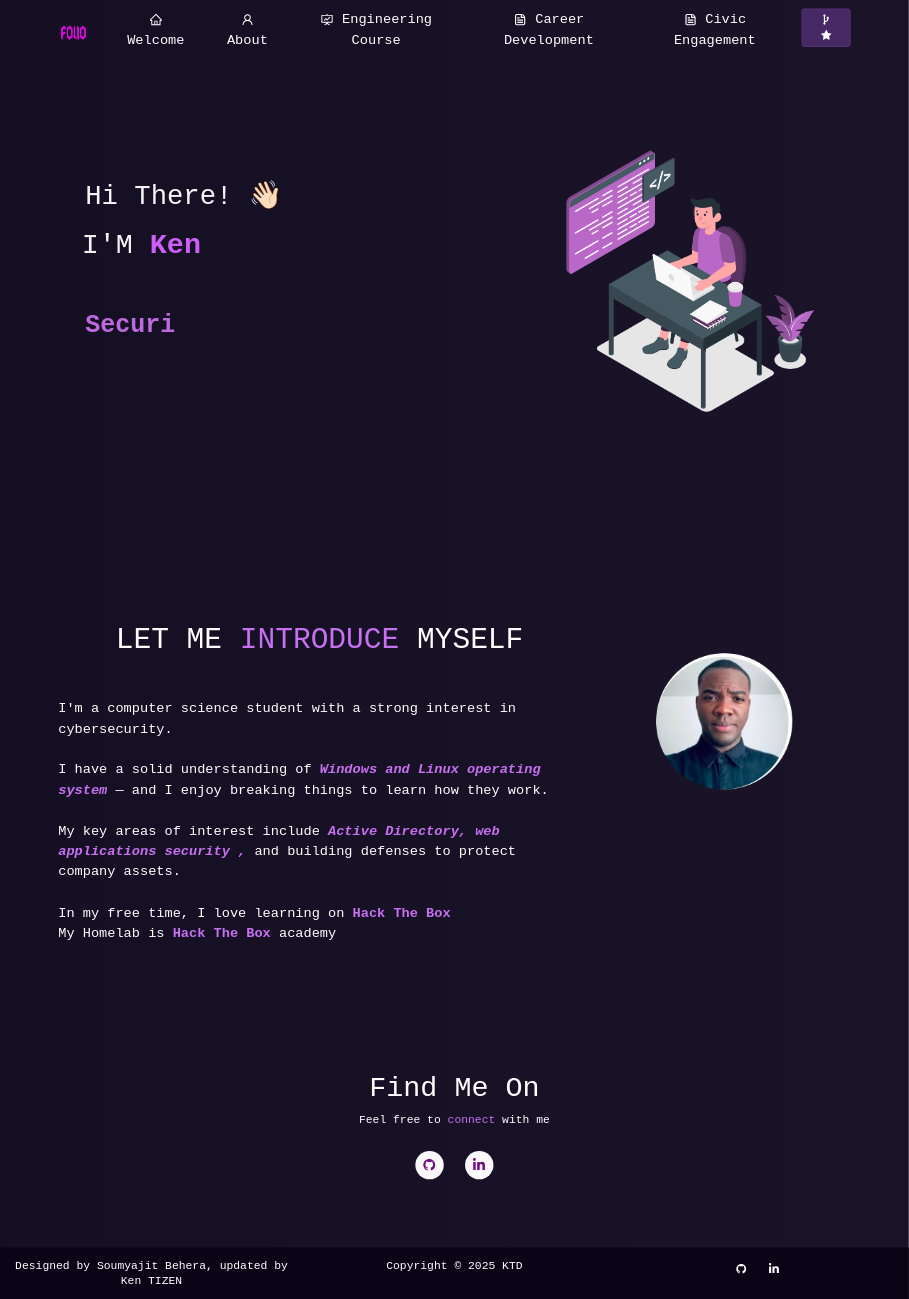
Repository: KenTizen17/ktdportfolio
Page: /
These files come from the project's save history. The page is drawn as it stood at one moment and after the next save; the edit follows.
The browser window is 1280 px wide. The pictures show the whole page, at 71% of full size.
Some web fonts or font styles are not loaded; a fallback is used. The project was rebuilt for these pictures with package versions that can differ from the ones it lists, and the page was loaded fresh each time. Also part of the build but not shown: src/components/About/Github.js, src/components/About/Techstack.js, src/components/About/AboutCard.js, src/components/About/Toolstack.js, src/components/About/About.js, src/components/Projects/ProjectCards.js, src/components/Projects/Projects.js, src/components/Resume/ResumeNew.js and 3 more. Imported but missing from the stored project, and not drawn on this page: src/Assets/CVKEN.pdf, src/Assets/CVKENFrench1.pdf, src/Assets/Ken_TIZEN-CEP.pdf.

Above is the page before, as saved 2025-11-30 18:14:24.

### public/index.html
<!DOCTYPE html>
<html lang="en">
  <head>
    <meta charset="utf-8" />
    <link rel="icon" href="%PUBLIC_URL%/favicon.png" />
    <meta name="viewport" content="width=device-width, initial-scale=1" />
    <meta name="theme-color" content="#000000" />
    <meta
      name="description"
      content="Web site created using create-react-app"
    />
    <link rel="manifest" href="%PUBLIC_URL%/manifest.json" />
    <title>Ken | Portfolio</title>
    <meta name="description" content="Forked website build with React.js" />

    <!-- Google / Search Engine Tags -->
    <meta itemprop="name" content="Ken | Portfolio" />
    <meta itemprop="description" content="Forked website build with React.js" />
    <meta
      itemprop="image"
      content="https://raw.githubusercontent.com/soumyajit4419/Portfolio/master/Images/readme-img.png?token=AK7VCIF5RYEUZZAURELPTAC76U6AK"
    />
  </head>

  <body>
    <noscript>You need to enable JavaScript to run this app.</noscript>
    <div id="root"></div>
  </body>
</html>

### src/App.js
import React, { useState, useEffect } from "react";
import Preloader from "../src/components/Pre";
import Navbar from "./components/Navbar";
import Home from "./components/Home/Home";
import About from "./components/About/About";
import Projects from "./components/Projects/Projects";
import Footer from "./components/Footer";
import Resume from "./components/Resume/ResumeNew";
import Civic from "./components/Civic/Civic";
import {
  BrowserRouter as Router,
  Route,
  Routes,
  Navigate
} from "react-router-dom";
import ScrollToTop from "./components/ScrollToTop";
import "./style.css";
import "./App.css";
import "bootstrap/dist/css/bootstrap.min.css";

function App() {
  const [load, upadateLoad] = useState(true);

  useEffect(() => {
    const timer = setTimeout(() => {
      upadateLoad(false);
    }, 1200);

    return () => clearTimeout(timer);
  }, []);

  return (
    <Router>
      <Preloader load={load} />
      <div className="App" id={load ? "no-scroll" : "scroll"}>
        <Navbar />
        <ScrollToTop />
        <Routes>
          <Route path="/" element={<Home />} />
          <Route path="/project" element={<Projects />} />
          <Route path="/about" element={<About />} />
          <Route path="/resume" element={<Resume />} />
          <Route path="/civic" element={<Civic />} />
          <Route path="*" element={<Navigate to="/"/>} />
        </Routes>
        <Footer />
      </div>
    </Router>
  );
}

export default App;

### src/components/Footer.js
import React from "react";
import { Container, Row, Col } from "react-bootstrap";
import {
  AiFillGithub,
} from "react-icons/ai";
import { FaLinkedinIn } from "react-icons/fa";

function Footer() {
  let date = new Date();
  let year = date.getFullYear();
  return (
    <Container fluid className="footer">
      <Row>
        <Col md="4" className="footer-copywright">
          <h3>Designed by Soumyajit Behera, updated by Ken TIZEN</h3>
        </Col>
        <Col md="4" className="footer-copywright">
          <h3>Copyright © {year} KTD</h3>
        </Col>
        <Col md="4" className="footer-body">
          <ul className="footer-icons">
            <li className="social-icons">
              <a
                href="https://github.com/KenTizen17"
                style={{ color: "white" }}
                target="_blank"
                rel="noopener noreferrer"
              >
                <AiFillGithub />
              </a>
            </li>
            <li className="social-icons">
              <a
                href="www.linkedin.com/in/ken-tizen-djongue"
                style={{ color: "white" }}
                target="_blank"
                rel="noopener noreferrer"
              >
                <FaLinkedinIn />
              </a>
            </li>
          </ul>
        </Col>
      </Row>
    </Container>
  );
}

export default Footer;

### src/style.css
html {
  --section-background-color: linear-gradient(
    to bottom left,
    rgba(17, 16, 16, 0.582),
    rgba(12, 8, 24, 0.904)
  );

  --image-gradient: linear-gradient(
    to bottom left,
    rgba(17, 16, 16, 0.678),
    rgba(12, 10, 22, 0.863)
  );

  --imp-text-color: #c770f0;
}

.purple {
  color: var(--imp-text-color) !important;
}

button:focus {
  box-shadow: none !important;
}

/* --------- */
/*  Preloader */
/* --------- */
#preloader {
  position: fixed;
  top: 0;
  left: 0;
  width: 100%;
  height: 100%;
  z-index: 999999;
  background-color: #0c0513;
  background-image: url(./Assets/pre.svg);
  background-repeat: no-repeat;
  background-position: center;
}

#preloader-none {
  opacity: 0;
}

/* #preloader-none {
  opacity: 0;
  display: none;
} */

#no-scroll {
  overflow: hidden;
  height: 100vh;
}

/* --------- */
/*Scrollbar   */
/* --------- */

::-webkit-scrollbar {
  width: 7px;
}

/* Track */
::-webkit-scrollbar-track {
  background: #2d1950;
}

/* Handle */
::-webkit-scrollbar-thumb {
  background: rgba(178, 121, 216, 0.959);
  border-radius: 12px;
}

/* Handle on hover */
::-webkit-scrollbar-thumb:hover {
  background: rgba(222, 130, 235, 0.911);
  border-radius: 12px;
}

/* --------- */
/* Navbar Section  */
/* --------- */
.sticky {
  background-color: #1b1a2ea9 !important;
  transition: all 0.3s ease-out 0s !important;
  box-shadow: 0px 10px 10px 0px rgba(9, 5, 29, 0.171) !important;
  backdrop-filter: blur(15px) !important;
}

.navbar {
  position: fixed !important;
  transition: all 0.3s ease-out 0s !important;
  padding: 0.1rem 2rem !important;
  font-size: 1.2rem !important;
}

.navbar-toggler {
  position: relative !important;
  background-color: transparent !important;
  border-color: transparent !important;
}

.navbar-toggler span {
  display: block !important;
  background-color: #be50f4 !important;
  height: 4px !important;
  width: 27px !important;
  margin-top: 5px !important;
  margin-bottom: 5px !important;
  transform: rotate(0deg) !important;
  left: 0 !important;
  opacity: 1 !important;
}

.navbar-toggler:focus,
.navbar-toggler:active {
  outline: 0 !important;
}

.navbar-toggler span:nth-child(1),
.navbar-toggler span:nth-child(3) {
  transition: transform 0.35s ease-in-out !important;
  transition: transform 0.35s ease-in-out !important;
}

.navbar-toggler:not(.collapsed) span:nth-child(1) {
  position: absolute !important;
  left: 12px !important;
  top: 10px !important;
  transform: rotate(135deg) !important;
  opacity: 0.9 !important;
}

.navbar-toggler:not(.collapsed) span:nth-child(2) {
  height: 12px !important;
  visibility: hidden !important;
  background-color: transparent !important;
}

.navbar-toggler:not(.collapsed) span:nth-child(3) {
  position: absolute !important;
  left: 12px !important;
  top: 10px !important;
  transform: rotate(-135deg) !important;
  opacity: 0.9 !important;
}

@media (max-width: 767px) {
  .navbar {
    padding: 1rem 2rem !important;
    font-size: 1.4rem !important;
    background-color: #181a27 !important;
  }
  .navbar-nav .nav-item a::after {
    display: none !important;
  }
}
.navbar-brand {
  color: rgb(250, 250, 250) !important;
}

.logo {
  height: 1.4em !important;
  width: 2.5em !important;
}

.navbar-nav .nav-link {
  color: white !important;
  padding-right: 1rem !important;
  padding-left: 1rem !important;
}

.nav-link {
  padding: 0.8rem 1rem !important;
}

@media (max-width: 767px) {
  .nav-link {
    padding: 0.7rem 1rem !important;
  }
}

.navbar-nav .nav-item {
  position: relative;
  margin-left: 20px;
}

.navbar-nav .nav-item a {
  font-weight: 400;
  transition: all 0.3s ease-out 0s;
  position: relative;
  z-index: 1;
}

.navbar-nav .nav-item a::after {
  content: "";
  position: relative;
  display: block;
  height: 5px;
  width: 0;
  border-radius: 16px;
  background: #c95bf5;
  bottom: 1px;
  left: 0;
  z-index: -1;
  transition: all 0.3s ease-out 0s;
}

.navbar-nav .nav-item a:hover::after {
  width: 100%;
}

/* --------- */
/* Home section */
/* --------- */
.wave {
  animation-name: wave-animation; /* Refers to the name of your @keyframes element below */
  animation-duration: 2.1s; /* Change to speed up or slow down */
  animation-iteration-count: infinite; /* Never stop waving :) */
  transform-origin: 70% 70%; /* Pivot around the bottom-left palm */
  display: inline-block;
}

@keyframes wave-animation {
  0% {
    transform: rotate(0deg);
  }
  10% {
    transform: rotate(14deg);
  } /* The following five values can be played with to make the waving more or less extreme */
  20% {
    transform: rotate(-8deg);
  }
  30% {
    transform: rotate(14deg);
  }
  40% {
    transform: rotate(-4deg);
  }
  50% {
    transform: rotate(10deg);
  }
  60% {
    transform: rotate(0deg);
  } /* Reset for the last half to pause */
  100% {
    transform: rotate(0deg);
  }
}
#tsparticles {
  position: fixed !important;
  background-repeat: no-repeat !important;
  background-size: cover !important;
  width: 100%;
  height: 100%;
}

.home-header {
  padding-top: 80px !important;
}

.home-section {
  position: relative;
  z-index: -1;
  /* background-image: var(--image-gradient), url(./Assets/home-bg.jpg); */
  background-position: top center;
  background-repeat: no-repeat;
  padding-bottom: 30px !important;
  padding-top: 30px !important;
}

.home-content {
  padding: 9rem 0 2rem !important;
  color: whitesmoke;
  text-align: left;
}

.heading {
  font-size: 2.4em !important;
  padding-left: 50px !important;
}

.heading-name {
  font-size: 2.5em !important;
  padding-left: 45px !important;
}

.main-name {
  color: #cd5ff8;
}

.Typewriter__wrapper {
  font-size: 2.2em !important;
  color: #be6adf !important;
  font-weight: 600 !important;
}
.Typewriter__cursor {
  font-size: 2.4em !important;
  color: #b562d6 !important;
}

@media (max-width: 767px) {
  .Typewriter__wrapper {
    font-size: 1.4em !important;
    font-weight: 500 !important;
    position: absolute !important;
  }
  .Typewriter__cursor {
    display: none !important;
  }
}

.myAvtar {
  justify-content: center !important;
  padding-top: 9em !important;
}

@media (max-width: 767px) {
  .myAvtar {
    padding-top: 2em !important;
    padding-bottom: 2em !important;
  }
}

.home-about-section {
  position: relative;
  padding-bottom: 70px !important;
  padding-top: 70px !important;
}

.home-about-description {
  color: white !important;
  padding-top: 100px !important;
  padding-bottom: 20px !important;
  text-align: center;
}

.home-about-body {
  padding-top: 50px;
  font-size: 1.2em !important;
  text-align: left;
}

.home-about-social {
  text-align: center !important;
  padding-top: 25px;
  color: white !important;
}

.home-about-social-links {
  justify-content: center !important;
  padding-top: 15px !important;
  display: inline-block !important;
  position: relative !important;
  padding-inline-start: 0 !important;
}

.home-social-icons {
  position: relative !important;
  display: inline-block !important;
  width: 40px !important;
  height: 40px !important;
  text-align: center !important;
  font-size: 1.2em !important;
  line-height: 2em !important;
  background: rgba(255, 255, 255, 0.972) !important;
  border-radius: 50% !important;
  transition: 0.5s !important;
}

.home-social-icons::before {
  content: "";
  position: absolute;
  top: 0;
  left: 0;
  width: 100%;
  height: 100%;
  border-radius: 50%;
  background: #68187a;
  transition: 0.5s;
  transform: scale(0.9);
  z-index: -1;
}

.home-social-icons:hover::before {
  transform: scale(1.1);
  box-shadow: 0 0 15px #801f95;
}

.home-social-icons:hover {
  color: #87209e;
  box-shadow: 0 0 5px #87209e;
  text-shadow: 0 0 2px #87209e;
}

.social-icons {
  display: inline-block !important;
  padding-right: 15px;
  padding-left: 15px;
}

.icon-colour {
  color: #700c86 !important;
}

/* --------- */
/* Footer */
/* --------- */
.footer {
  background-color: rgb(10, 4, 22);
  bottom: 0 !important;
  padding-top: 10px !important;
  padding-bottom: 8px !important ;
}
.footer-copywright {
  text-align: center !important;
}

.footer-body {
  z-index: 1;
  text-align: center !important;
}

@media (max-width: 767px) {
  .footer-copywright {
    text-align: center !important;
  }

  .footer-body {
    text-align: center !important;
  }
}

.footer h3 {
  font-size: 1em;
  color: white !important;
  margin-top: 0.5em !important;
  margin-bottom: 0.5em !important;
}
.footer-icons {
  margin-top: 0.5em !important;
  margin-bottom: 0.5em !important;
  padding: 0 !important;
}

.blockquote-footer {
  color: #a588c0 !important;
}
/* --------- */
/* Projects */
/* --------- */
.project-section {
  position: relative !important;
  padding-top: 150px !important;
  padding-bottom: 30px !important;
  background-image: var(--section-background-color) !important;
}

.project-card {
  padding-top: 50px !important;
  padding-bottom: 50px !important;
  padding-left: 25px !important;
  padding-right: 25px !important;
  height: auto !important;
}

.project-card-view {
  box-shadow: 0 4px 5px 3px rgba(119, 53, 136, 0.459) !important;
  color: white !important;
  background-color: transparent !important;
  opacity: 0.9 !important;
  transition: all 0.5s ease 0s !important;
  height: 100% !important;
}
.project-card-view:hover {
  transform: scale(1.02) !important;
  overflow: hidden !important;
  box-shadow: 0 4px 4px 5px rgba(129, 72, 144, 0.561) !important;
}

.blog-card {
  padding-top: 50px !important;
  padding-bottom: 50px !important;
  padding-left: 25px !important;
  padding-right: 25px !important;
  height: auto !important;
}

.blog-card-view {
  background-color: transparent !important;
  box-shadow: 0 3px 3px 2px rgba(145, 77, 161, 0.459) !important;
  color: white !important;
  transition: all 0.5s ease 0s !important;
  height: 100% !important;
}

.blog-link {
  color: white !important;
  text-decoration: none !important;
}

.blog-link:hover {
  cursor: pointer !important;
}

.blog-card-view:hover {
  transform: scale(1.02) !important;
  overflow: hidden !important;
  box-shadow: 0 3px 3px 5px rgba(155, 88, 173, 0.65) !important;
}

.card-img-top {
  padding: 20px !important;
  opacity: 0.8 !important;
  border-radius: 10px !important;
}

.blog-img {
  padding: 0px !important;
  opacity: 0.8 !important;
  border-radius: 0px !important;
}

.btn-primary {
  color: #fff !important;
  background-color: #623686 !important;
  border-color: #623686 !important;
}

.btn-primary:hover {
  color: #fff !important;
  background-color: #6d20c5d7 !important;
  border-color: #6d20c5d7 !important;
}
.btn:focus {
  outline: none !important;
  box-shadow: none !important;
}
.project-heading {
  color: white !important;
  font-size: 2.3em !important;
  font-weight: 500 !important;
  padding-top: 10px !important;
}

/* --------- */
/* About */
/* --------- */

.about-section {
  position: relative !important;
  padding-top: 150px !important;
  padding-bottom: 30px !important;
  /* background-image: var(--section-background-color) !important; */
  color: white !important;
}

.tech-icons {
  display: flex !important;
  align-self: center !important;
  justify-content: center !important;
  font-size: 1rem !important;
  margin: 15px !important;
  padding: 10px 20px !important;
  opacity: 0.93 !important;
  outline: 1.7px solid rgba(200, 137, 230, 0.637) !important;
  vertical-align: middle !important;
  text-align: center !important;
  border-radius: 24px !important;
  box-shadow: 4px 5px 4px 3px rgba(89, 4, 168, 0.137) !important;
  overflow: hidden !important;
  transition: all 0.4s ease 0s !important;
  width: fit-content !important;
  cursor: pointer !important;
  transition: outline-color 0.3s, outline-width 0.3s, transform 0.3s;
  color: white;
}

.tech-icons-text {
  display: flex;
  align-items: center;
  margin-left: 10px;
  color: white;
}

@media (max-width: 767px) {
  .tech-icons {
    margin: 10px !important;
  }
}

.tech-icons:hover {
  transform: scale(1.05) !important;
  overflow: hidden !important;
  outline: 2.2px solid rgba(197, 115, 230, 0.883) !important;
}
.tech-icon-images {
  height: 1.6rem;
  line-height: 1.6 !important;
}

.quote-card-view {
  border: none !important;
  color: white !important;
  background-color: transparent !important;
}

.about-activity {
  list-style: none !important;
  text-align: left !important;
  padding-left: 1px !important;
}

@media (max-width: 767px) {
  .about-img {
    padding-top: 0 !important;
  }
}
/* --------- */
/* Resume */
/* --------- */

.resume-section {
  position: relative !important;
  padding-top: 110px !important;
  padding-bottom: 30px !important;
  background-image: var(--section-background-color) !important;
  color: white !important;
}

.resume {
  padding-top: 50px;
  padding-bottom: 50px;
  justify-content: center;
}

.resume-left {
  padding-right: 80px !important;
}

.resume-right {
  padding-left: 80px !important;
}

@media (max-width: 767px) {
  .resume-left {
    padding-right: 15px !important;
    padding-left: 15px !important;
  }

  .resume-right {
    padding-right: 15px !important;
    padding-left: 15px !important;
  }
}
.resume .resume-title {
  font-size: 2em;
  font-weight: 700;
  padding-top: 30px;
  padding-bottom: 30px;
}

.resume .resume-item {
  padding: 0 0 10px 25px;
  margin-top: -2px;
  border-left: 2px solid #8a49a8;
  position: relative;
}

.resume .resume-item .resume-title {
  line-height: 18px;
  font-size: 0.9em;
  background: #5234795d;
  padding: 8px 15px;
  display: inline-block;
  font-weight: 600;
  margin-bottom: 10px;
}

.resume .resume-item ul {
  padding-left: 20px;
  text-align: justify;
}

.resume .resume-item ul li {
  padding-bottom: 10px;
  list-style: none;
}

.resume .resume-item:last-child {
  padding-bottom: 0;
}

.resume .resume-item::before {
  content: "";
  position: absolute;
  width: 16px;
  height: 16px;
  border-radius: 50px;
  left: -9px;
  top: 0;
  background: #fff;
  border: 2px solid #8a49a8;
}

.like-item {
  padding-top: 10px !important;
  font-size: 1.1em !important;
  font-family: sans-serif !important;
}

.like-btn {
  background-color: #934cce5e !important;
  border-color: #934cce5e !important;
  padding: 0.25rem 0.98rem !important;
  border-radius: 5px !important;
  line-height: 1.4 !important;
  transition: 0.3s ease !important;
}

.like-btn:hover {
  transform: translateY(-2px) !important;
  background-color: #a24dd386 !important;
  border-color: #a24dd386 !important;
}

.animate-like {
  animation-name: likeAnimation;
  animation-fill-mode: forwards;
  animation-duration: 0.85s;
}
@keyframes likeAnimation {
  0% {
    transform: scale(1.5);
  }
  100% {
    transform: scale(1);
  }
}

.fork-btn {
  font-size: 1.1em !important;
  padding-top: 10px !important;
}

.fork-btn-inner {
  line-height: 1.4em !important;
  background-color: #934cce5e !important;
  padding: 0.25rem 1.1rem !important;
  vertical-align: middle !important;
  text-align: center !important;
}

.fork-btn-inner:hover {
  transform: translateY(-2px) !important;
  background-color: #a24dd386 !important;
  border-color: #a24dd386 !important;
}
.fork-btn-inner::after {
  display: none !important;
}

### src/components/Particle.js
import React from "react";
import Particles from "react-tsparticles";

function Particle() {
  return (
    <Particles
      id="tsparticles"
      params={{
        particles: {
          number: {
            value: 160,
            density: {
              enable: true,
              value_area: 1500,
            },
          },
          line_linked: {
            enable: false,
            opacity: 0.03,
          },
          move: {
            direction: "right",
            speed: 0.05,
          },
          size: {
            value: 1,
          },
          opacity: {
            anim: {
              enable: true,
              speed: 1,
              opacity_min: 0.05,
            },
          },
        },
        interactivity: {
          events: {
            onclick: {
              enable: true,
              mode: "push",
            },
          },
          modes: {
            push: {
              particles_nb: 1,
            },
          },
        },
        retina_detect: true,
      }}
    />
  );
}

export default Particle;

### src/components/Home/Home2.js
import React from "react";
import { Container, Row, Col } from "react-bootstrap";
import myImg from "../../Assets/image.png";
import Tilt from "react-parallax-tilt";

function Home2() {
  return (
    <Container fluid className="home-about-section" id="about">
      <Container>
        <Row>
          <Col md={8} className="home-about-description">
            <h1 style={{ fontSize: "2.6em" }}>
              LET ME <span className="purple"> INTRODUCE </span> MYSELF
            </h1>
            <p className="home-about-body">
            I'm a computer science student with a strong interest in cybersecurity.
              <br />
              <br />
              I have a solid understanding of
              <i>
                <b className="purple">
                  {" "}
                  Windows and Linux operating system{" "}
                </b>
              </i>
              — and I enjoy breaking things to learn how they work.
              <br />
              <br />
              My key areas of interest include
              <i>
                <b className="purple">
                  {" "}
                  Active Directory, web applications security ,{" "}
                </b>
              </i>
              and building defenses to protect company assets.
              <br />
              <br />
              In my free time, I love learning on
              <b className="purple"> Hack The Box </b>{" "}
              <br />
              My Homelab is <b className="purple"> Hack The Box </b> academy{" "}

            </p>
          </Col>
          <Col md={4} className="myAvtar">
            <Tilt>
              <img src={myImg} className="img-fluid" alt="avatar" />
            </Tilt>
          </Col>
        </Row>
      </Container>
    </Container>
  );
}
export default Home2;

### src/components/Home/Type.js
import React from "react";
import Typewriter from "typewriter-effect";

function Type() {
  return (
    <Typewriter
      options={{
        strings: [
          "Purple Teamer",
          "Security Engineer",
          "Self Learner",

        ],
        autoStart: true,
        loop: true,
        deleteSpeed: 50,
      }}
    />
  );
}

export default Type;

Loaded but not shown: src/index.js (common file); src/index.css (common file); src/reportWebVitals.js (common file); src/components/Pre.js (common file); src/components/ScrollToTop.js (common file); src/App.css (common file); src/components/Navbar.js (122 lines, source omitted); src/components/Home/Home.js (87 lines, source omitted)

After the next save:
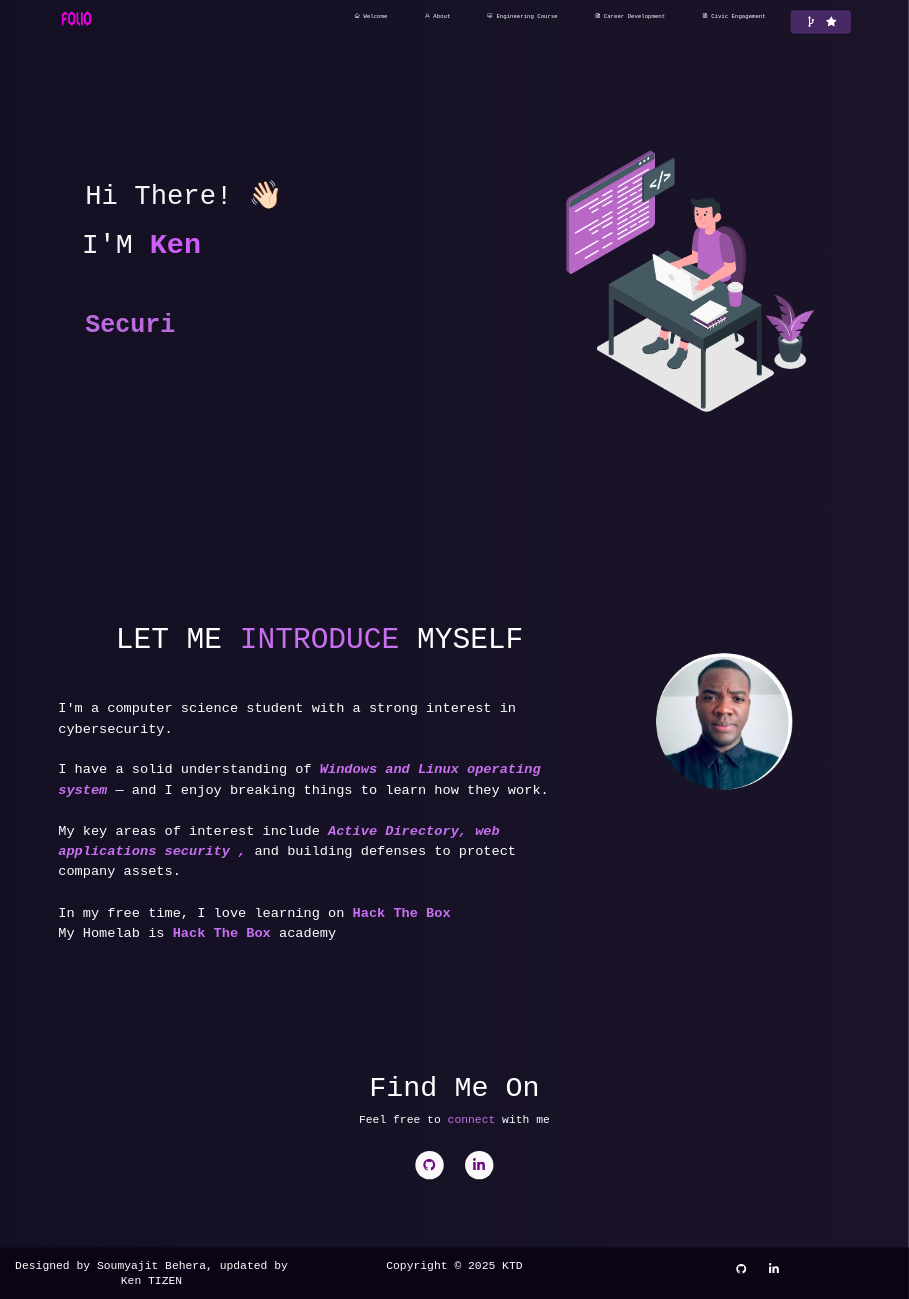
Saved 15 s later.
--- a/src/style.css
+++ b/src/style.css
@@ -90,8 +90,8 @@ button:focus {
 .navbar {
   position: fixed !important;
   transition: all 0.3s ease-out 0s !important;
-  padding: 0.1rem 2rem !important;
-  font-size: 1.2rem !important;
+  padding: 0.3rem 2rem !important;
+  font-size: 0.5rem !important;
 }
 
 .navbar-toggler {
